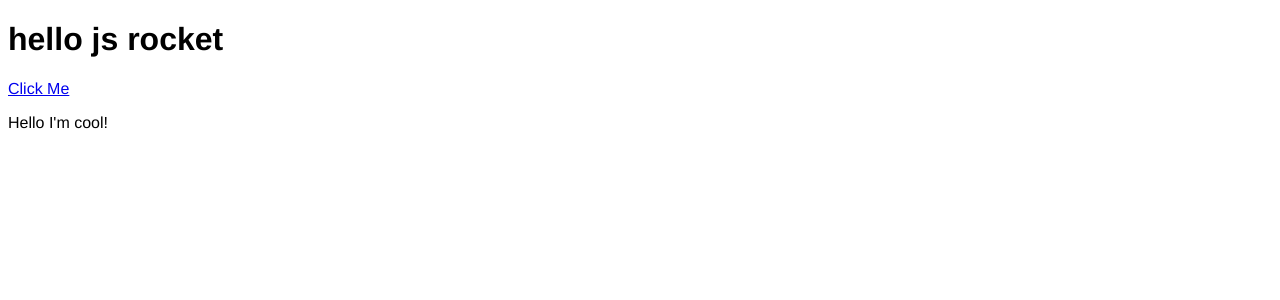
Repository: alcarrizo/Rocket-launch
Page: index.html
The author's editor kept a copy of each file at every save. The page is drawn from the files as they stood at one save, then again after the next save.
The browser window is 1280 px wide. The pictures show the whole page.

Above is the page before, as saved 2022-10-20 23:07:47.

### index.html
<!DOCTYPE html>
<html lang="en">
<head>
    <meta charset="UTF-8">
    <meta http-equiv="X-UA-Compatible" content="IE=edge">
    <meta name="viewport" content="width=device-width, initial-scale=1.0">
    <title>JS Rocket</title>
    <script type="text/javascript" src="js/script.js"> </script>
    <link rel="stylesheet" href="css/style.css">
</head>
<body>
    <h1>hello js rocket</h1>
   <a href="#" onclick="doCoolStuff();">Click Me</a>
   <div class="cool" id="cool">
        <p>Hello I'm cool!</p>
   </div>

   <a href="rocket.html"></a>
</body>
</html>

### js/script.js
/*var countDown = function (i) {
    console.log(i)
    setTimeout(function () {
        i--
        document.getElementById("countdown").innerHTML = i;
        if (document.getElementById('body').className != 'body-state1') {
            if (i > 0) {
                countDown(i)
            }
            else {
                changeState(3)
            }
        }

    }, 1000)
}*/
var timer = null;
var CountDownNum = 10;
var changeState = function (state) {
    document.body.className = 'body-state' + state;
    clearInterval(timer);
    if (state == 1) {
        document.getElementById('nervous').className = 'nervous';
        document.getElementById('cant-wait').className = 'cant-wait';
    }
    if (state != 2 && document.getElementById('countdown').innerHTML != 10) {
        CountDownNum = 10;
        document.getElementById('countdown').innerHTML = CountDownNum;
    }
    if (state == 2) {
        timer = setInterval(() => {
            CountDownNum -= 1;
            document.getElementById('countdown').innerHTML = CountDownNum;
            if (CountDownNum > 4 && CountDownNum <= 7) {
                document.getElementById('nervous').className = 'nervous show';
            }
            else {
                document.getElementById('nervous').className = 'nervous';
            }
            if (CountDownNum > 1 && CountDownNum <= 4) {
                document.getElementById('cant-wait').className = 'cant-wait show';
            }
            else {
                document.getElementById('cant-wait').className = 'cant-wait';
            }
            if (CountDownNum <= 0) {
                changeState(3);

            };
        }, 200);
    }
    else if (state == 3) {
        var success = setTimeout(() => {
            var randomNum = Math.round(Math.random() * 10)
            //success
            console.log('random number: ' + randomNum)
            if (randomNum > 5) {
                changeState(4)
            }
            else {
                //fail
                changeState(5)
            }

        }, 2000);
    }
    // if (state == 1) {
    //     document.body.className = 'body-state1'
    // }
    // else if (state == 2) {
    //     document.body.className = 'body-state2'
    //     countDown(10)
    //     // for (let i = 10; i >= 0; i--) {
    //     //     setTimeout()
    //     //     document.getElementById("countdown").innerHTML = i;
    //     // }
    // }
    // else if (state == 3) {
    //     document.body.className = 'body-state3'
    //     document.getElementById('rocket').className = 'rocket flying';
    // }
    // else if (state == 4) {
    //     document.body.className = 'body-state4'
    // }
    // else {
    //     document.body.className = 'body-state5'
    // }
    // for (let i = 10; i >= 0; i--) {
    //     bdy.content = i;
    // }
    //document.getElementById('rocket').className = 'rocket flying';
}

### css/style.css
body {
    position: relative;
    font-family: 'Helvetica', 'Arial', 'sans-serif';
}

.left {
    position: fixed;
    box-sizing: border-box;
    width: 50%;
    height: 100%;
    top: 0;
    left: 0;
    background-color: teal;
}

.right {
    position: fixed;
    box-sizing: border-box;
    width: 50%;
    height: 100%;
    top: 0;
    right: 0;
    background-color: aquamarine;
}

.rocket {
    position: absolute;
    left: 50%;
    bottom: -15px;
    width: 143px;
    height: 272px;
    background: url("../img/rocket-state1.png") no-repeat 0 0;
    background-size: 100%;
    transition: bottom 10s;
    margin-left: -71.5px;

}

.body-state1 .rocket {
    transition: none;

}


.body-state2 .rocket {

    background-image: url("../img/rocket-state2.gif");
}

.body-state3 .rocket,
.body-state4 .rocket {
    bottom: 1000px;
    background-image: url("../img/rocket-state3.gif");
}

.body-state5 .rocket {
    width: 209px;
    height: 200px;
    background: url("../img/boom.png") no-repeat 0 0;
    background-size: 100%;
}

.ground {
    position: absolute;
    bottom: 0;
    left: 0;
    background: url("../img/ground.png") no-repeat center 0;
    background-size: 100%;
    width: 100%;
    height: 20px;

}

.nervous {
    position: absolute;
    bottom: 220px;
    left: 50%;
    margin-left: -180px;
    background: url('../img/nervous.png') no-repeat 0 0;
    background-size: 100%;
    width: 223px;
    height: 100px;
}

.cant-wait {
    position: absolute;
    bottom: 220px;
    left: 50%;
    background: url('../img/cant-wait.png') no-repeat 0 0;
    background-size: 100%;
    width: 206px;
    height: 65px;
    transition: display 1s;
}

a {}

a.button {
    display: inline-block;
    background-color: white;
    color: black;
    padding: 20px 40px;
    text-decoration: none;
    border-radius: 15px;
    text-transform: uppercase;
    text-align: center;
    transition: color .3s;

}

a:hover {
    color: red;
}

.state1,
.state2,
.state3,
.state4,
.state5,
.cant-wait,
.nervous {
    display: none;
}

.cant-wait.show,
.nervous.show {
    display: block;
}

.interface {
    text-align: center;
    padding: 20px;
}

body.body-state1 .state1 {
    display: block;
}

body.body-state2 .state2 {
    display: block;
}

body.body-state3 .state3 {
    display: block;
}

body.body-state4 .state4 {
    display: block;
}

body.body-state5 .state5 {
    display: block;
}

After the next save:
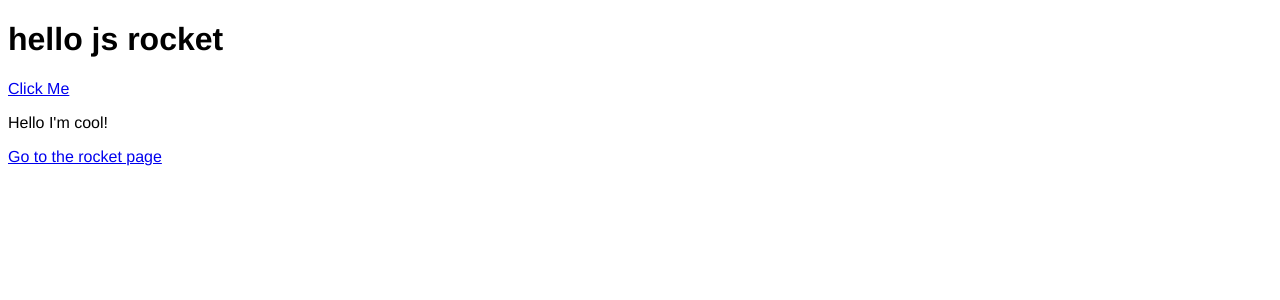
Saved 12 s later.
--- a/index.html
+++ b/index.html
@@ -15,6 +15,6 @@
         <p>Hello I'm cool!</p>
    </div>
 
-   <a href="rocket.html"></a>
+   <a href="rocket.html">Go to the rocket page</a>
 </body>
 </html>
